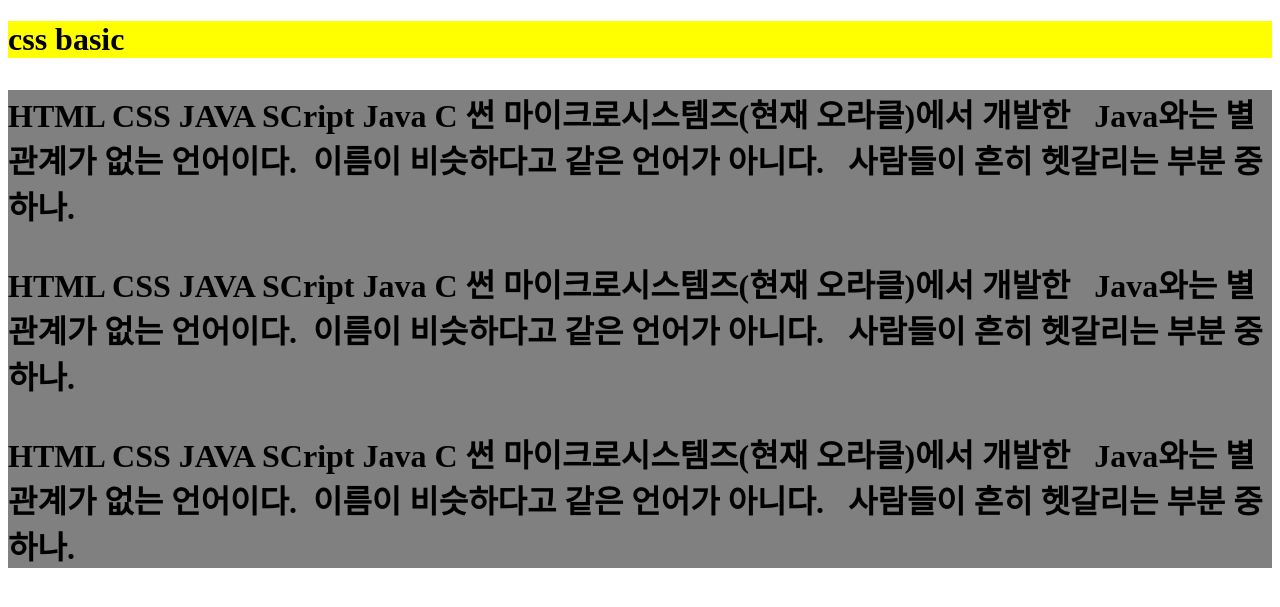
Repository: ssleap/multicampusIoT
Page: workspace190520/edu2/WebContent/test01.html
These files come from the project's save history. The page is drawn as it stood at one moment and after the next save; the edit follows.
The browser window is 1280 px wide. The pictures show the whole page.

Above is the page before, as saved 2019-05-22 05:38:07.

### workspace190520/edu2/WebContent/test01.html
<!DOCTYPE html>
<html>
<head>
<style>

	h1{

		background-color: grey;

	}
	p{

		background-color: grey;

	}

</style>
<meta charset="UTF-8">
<meta name = "viewport" content ="width=device-width, initial-scale=1">
<title>css 기본</title>
</head>
<body>

	<h1 style = "background-color: yellow;">css basic</h1>
	<h1>
	<p>HTML CSS JAVA
	SCript
	Java
	C
	썬 마이크로시스템즈(현재 오라클)에서 개발한 &nbsp;
	Java와는 별 관계가 없는 언어이다.&nbsp;
	 이름이 비슷하다고 같은 언어가 아니다. &nbsp;
	 사람들이 흔히 헷갈리는 부분 중 하나. &nbsp;
	</p>
	<p>HTML CSS JAVA
	SCript
	Java
	C
	썬 마이크로시스템즈(현재 오라클)에서 개발한 &nbsp;
	Java와는 별 관계가 없는 언어이다.&nbsp;
	 이름이 비슷하다고 같은 언어가 아니다. &nbsp;
	 사람들이 흔히 헷갈리는 부분 중 하나. &nbsp;
	</p>
	<p>HTML CSS JAVA
	SCript
	Java
	C
	썬 마이크로시스템즈(현재 오라클)에서 개발한 &nbsp;
	Java와는 별 관계가 없는 언어이다.&nbsp;
	 이름이 비슷하다고 같은 언어가 아니다. &nbsp;
	 사람들이 흔히 헷갈리는 부분 중 하나. &nbsp;
	</p>
	</h1>

</body>
</html>

After the next save:
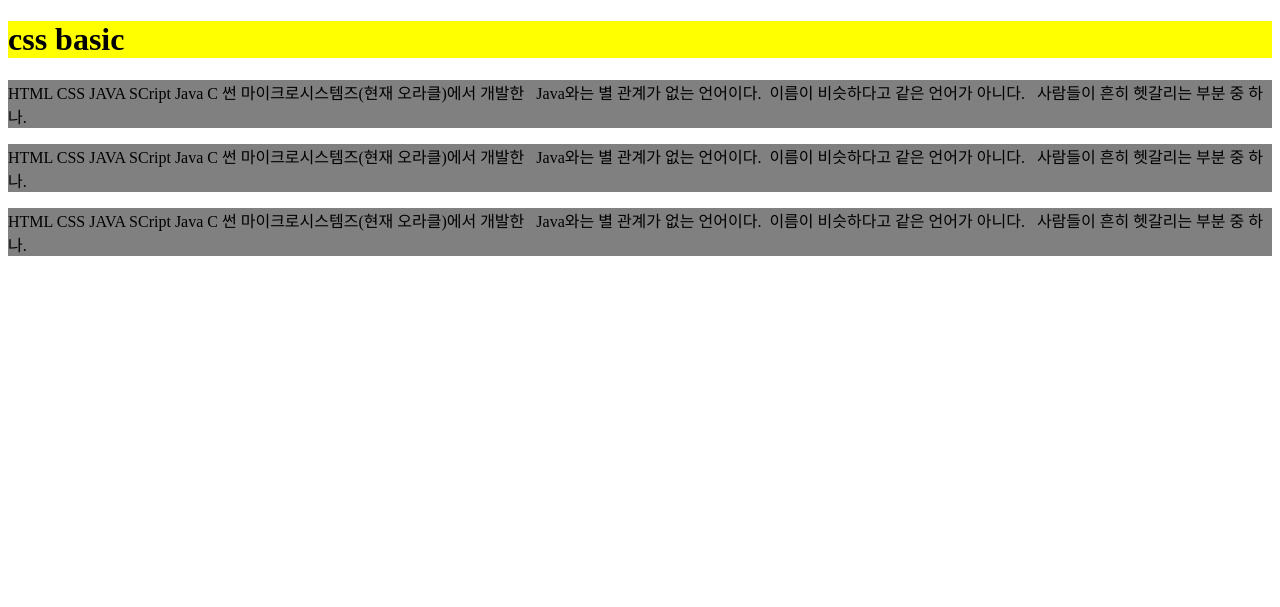
Saved 14 s later.
--- a/workspace190520/edu2/WebContent/test01.html
+++ b/workspace190520/edu2/WebContent/test01.html
@@ -22,7 +22,7 @@
 <body>
 
 	<h1 style = "background-color: yellow;">css basic</h1>
-	<h1>
+
 	<p>HTML CSS JAVA
 	SCript
 	Java
@@ -50,7 +50,7 @@
 	 이름이 비슷하다고 같은 언어가 아니다. &nbsp;
 	 사람들이 흔히 헷갈리는 부분 중 하나. &nbsp;
 	</p>
-	</h1>
+
 
 </body>
 </html>
